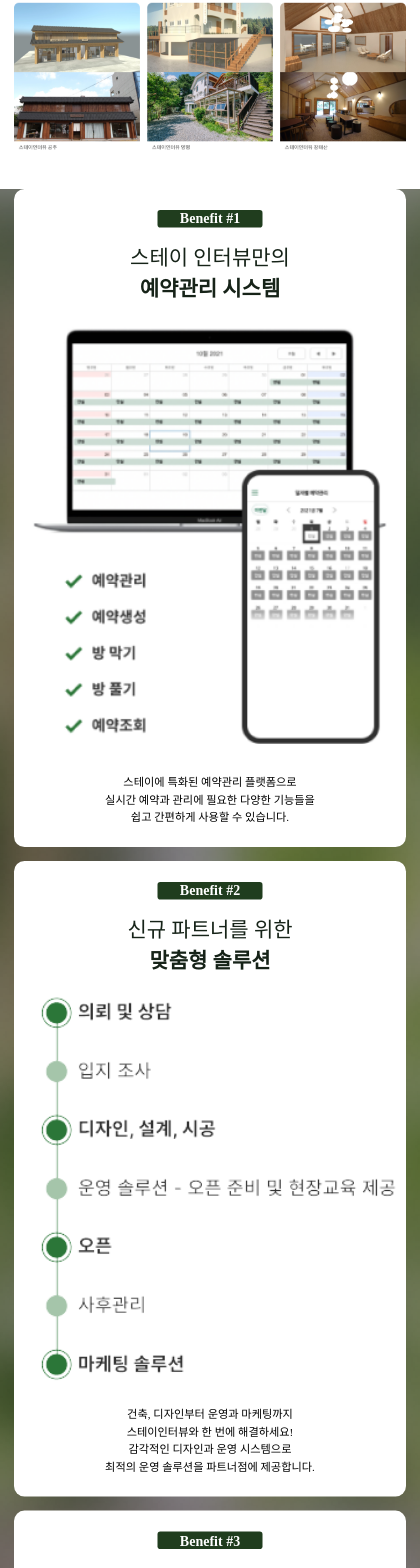
Repository: makeditWeb/stay_web
Page: /consulting
The author's editor kept a copy of each file at every save. The page is drawn from the files as they stood at one save, then again after the next save.
The browser window is 600 px wide. The pictures show the part of the page from y = 4260 to 6500 px (the page is 8411 px tall before and 8471 px after), at 70% of full size.
Some web fonts or font styles are not loaded; a fallback is used. The project was rebuilt for these pictures with package versions that can differ from the ones it lists, and the page was loaded fresh each time. Some packages were replaced by stand-ins written for this rebuild. The framework's server and built-in components were replaced by stand-ins that run in the browser. Also part of the build but not shown: next.config.js, next.config.mjs, src/styles/room-detail-modal.scss, src/styles/our-stay.scss, src/styles/login.scss, src/styles/sign-up.scss, src/styles/reservation-check.scss, src/styles/reservation-information.scss.

Above is the page before, as saved 2024-05-06 14:15:33.

After the next save:
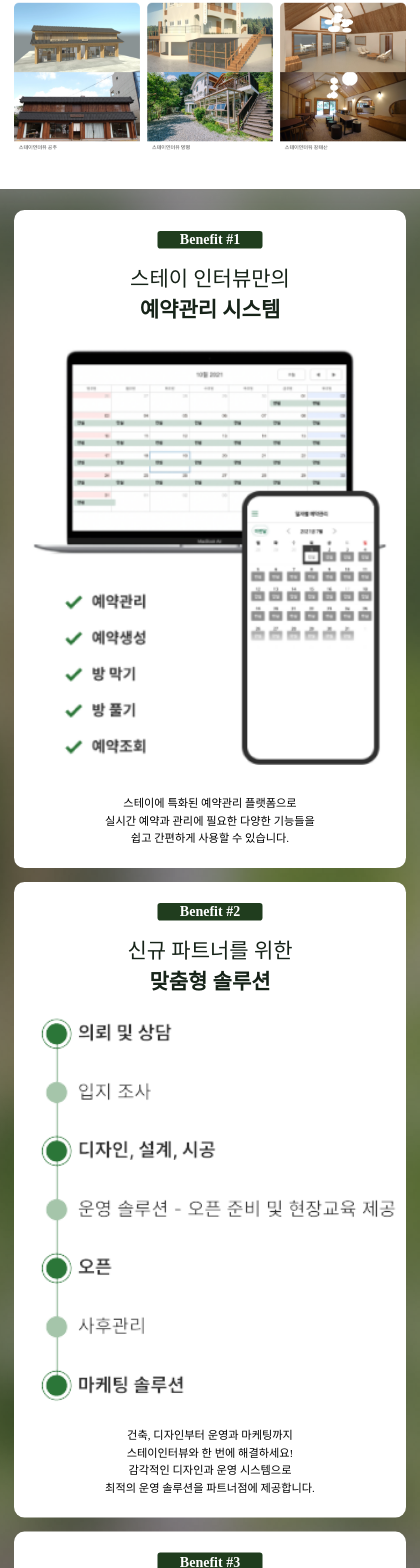
Saved 30 s later.
--- a/src/styles/consulting.scss
+++ b/src/styles/consulting.scss
@@ -181,7 +181,7 @@
     .container_benefit_content {
       display: block;
       width: 100%;
-      padding: 0 20px;
+      padding: 30px 20px;
       box-sizing: border-box;
     }
 
